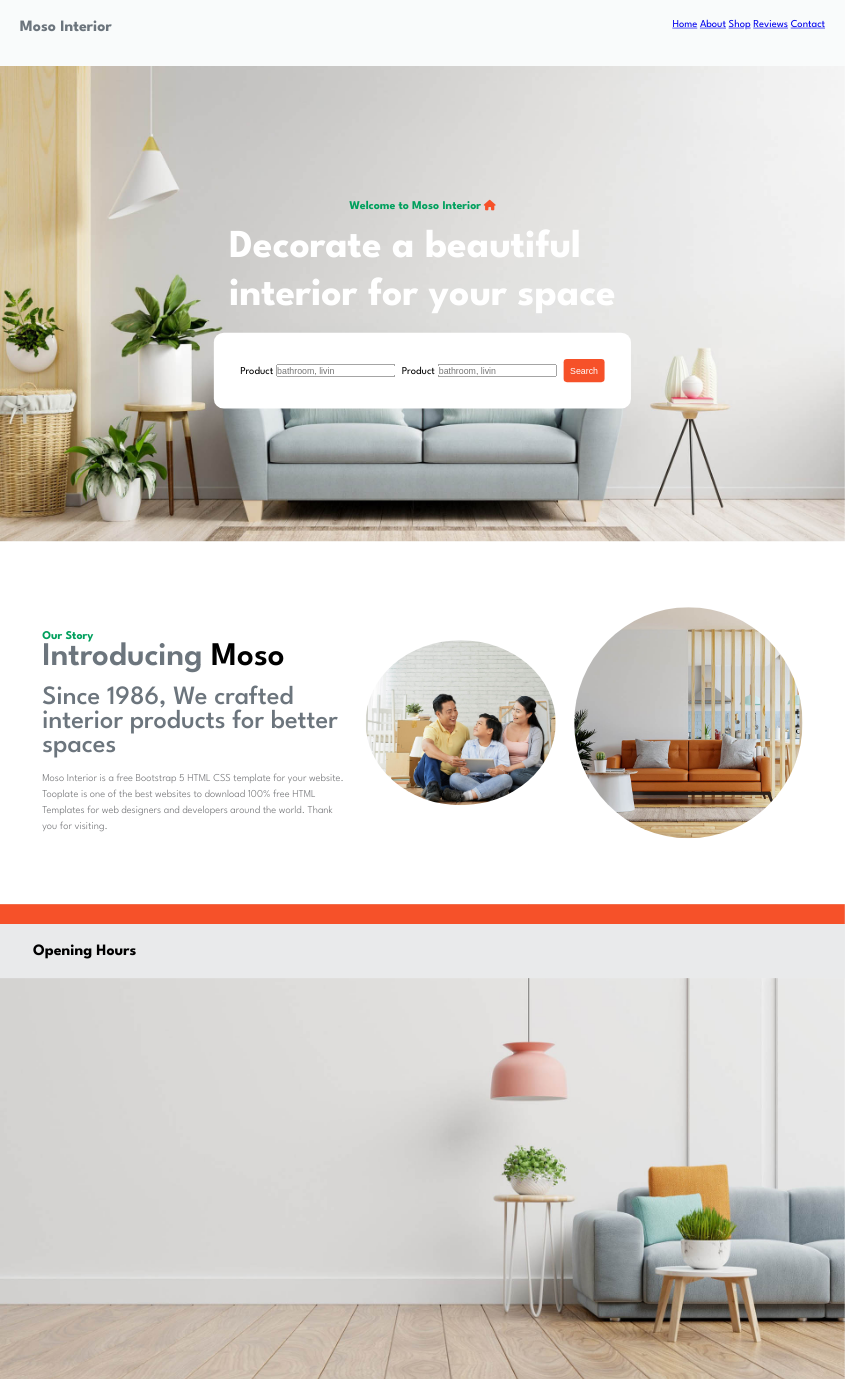
Repository: mariamnabil23/furniture
Page: index.html
An editor plug-in stored every save of this project. The page is shown before and after the next save, followed by the edit.
The browser window is 1280 px wide. The pictures show the whole page, at 66% of full size.
Some web fonts or font styles are not loaded; a fallback is used.

Above is the page before, as saved 2024-10-30 16:48:56.

After the next save:
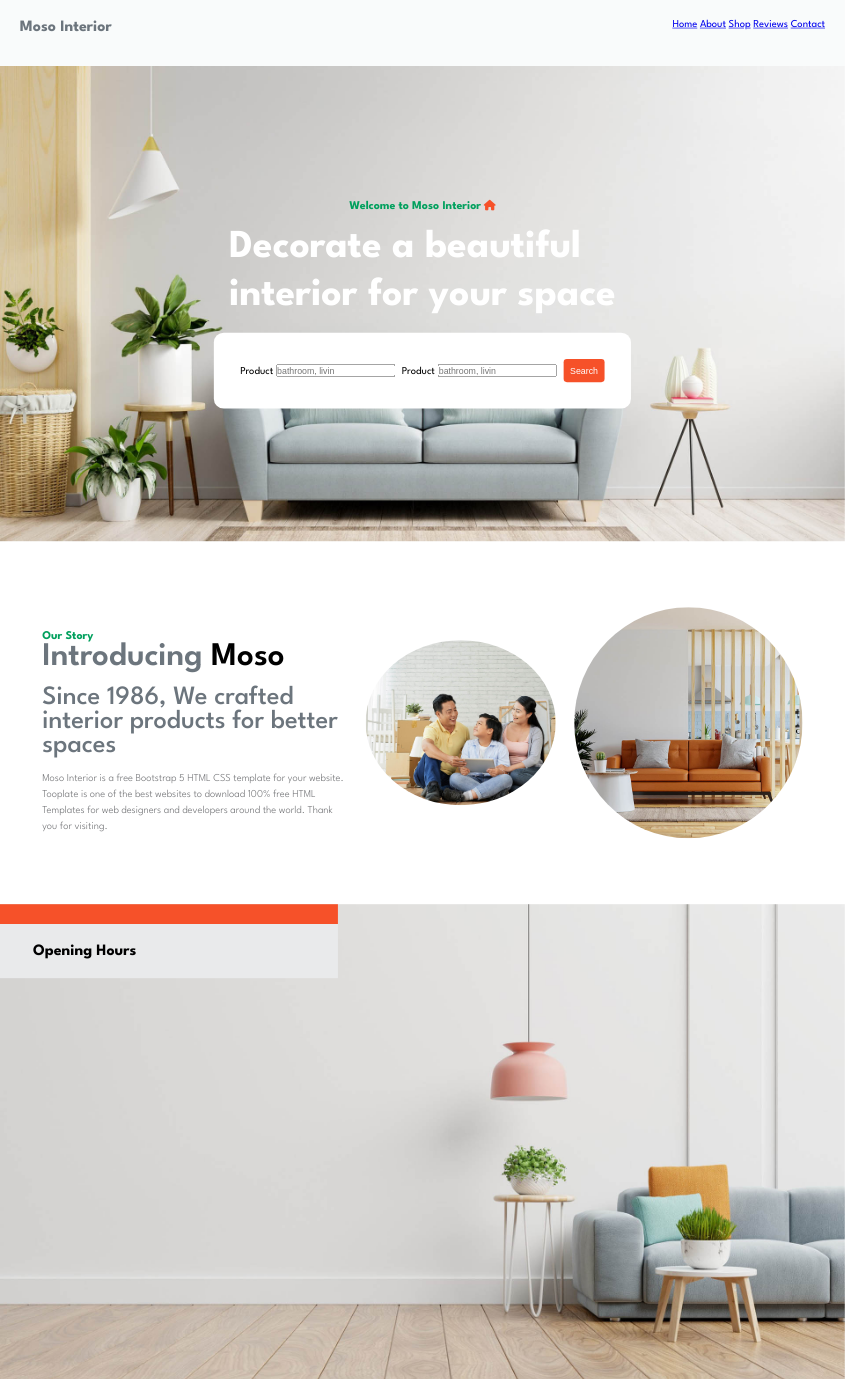
Saved 2 min 49 s later.
--- a/style.css
+++ b/style.css
@@ -162,7 +162,7 @@ ul{
 .open .content{
     background-color: #e9eaeb;
     border-top: 30px solid #f65129;
-    bor
+    border-radius: ;
     width: 40%;
     padding: 30px 50px;
 }
